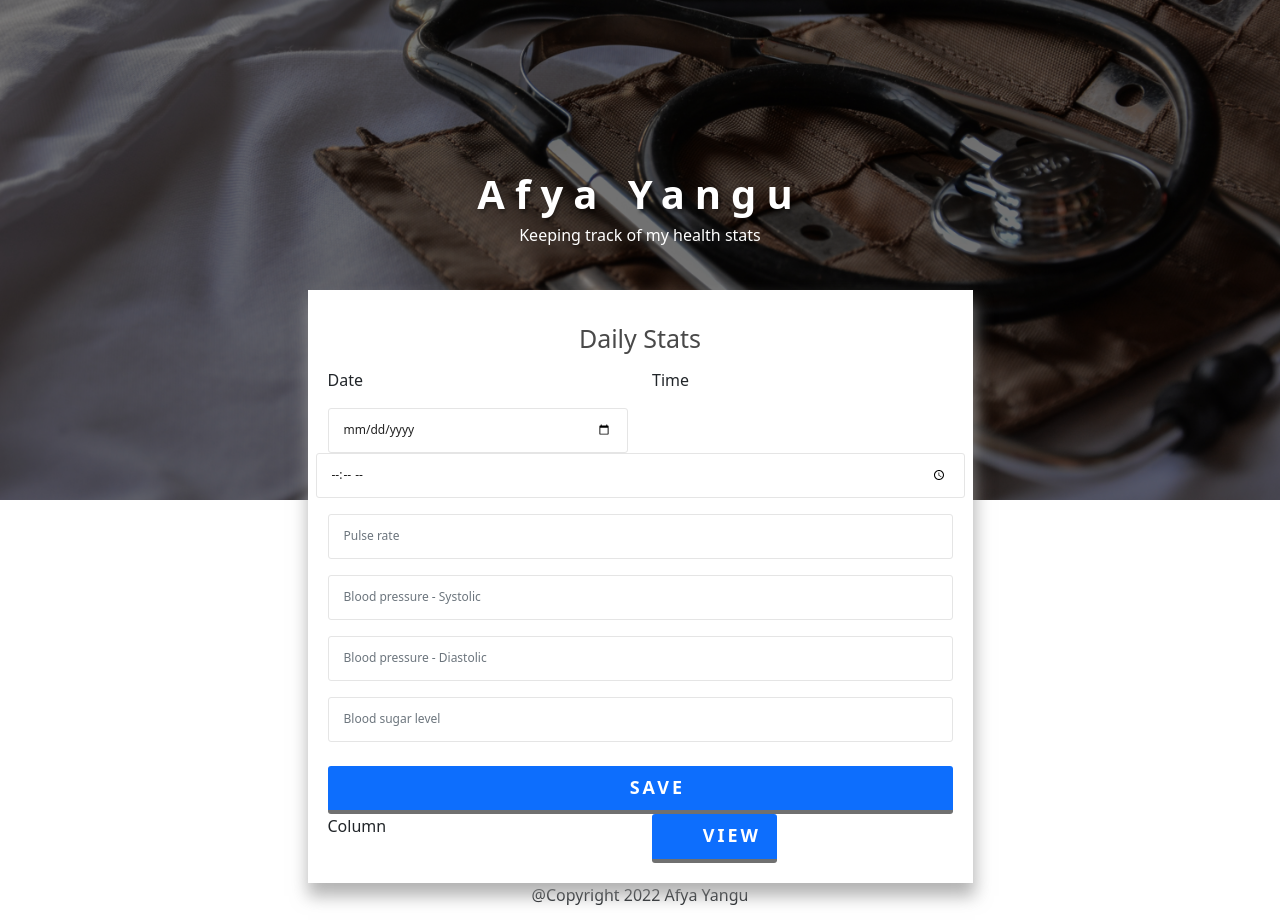
Repository: nashthecoder/afya_yangu
Page: /
An editor plug-in stored every save of this project. The page is shown before and after the next save, followed by the edit.
The browser window is 1280 px wide. The pictures show the whole page.
The project was rebuilt for these pictures with package versions that can differ from the ones it lists, and the page was loaded fresh each time.

Above is the page before, as saved 2022-02-27 15:58:37.

After the next save:
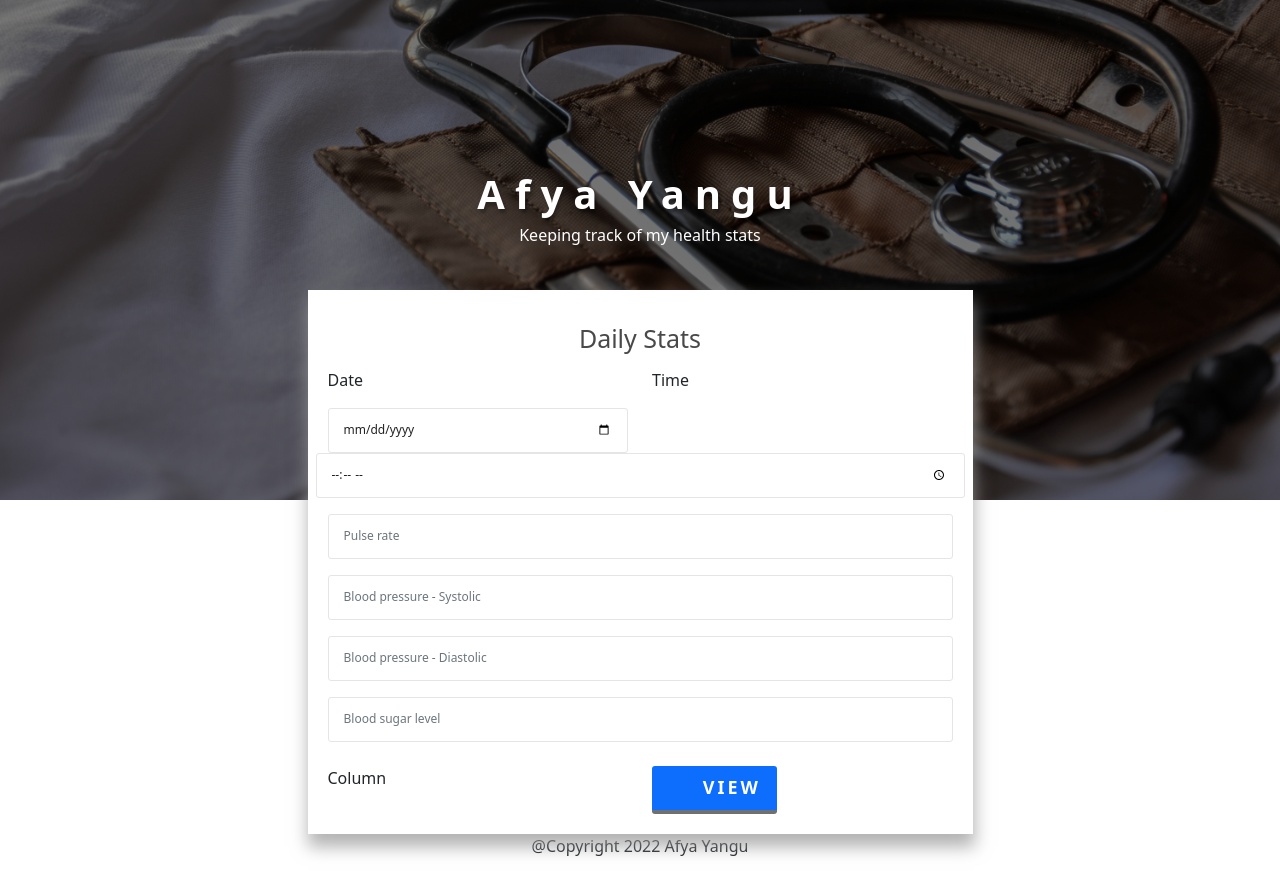
Saved 13 s later.
--- a/src/components/Form.js
+++ b/src/components/Form.js
@@ -72,18 +72,6 @@ const Form = () => {
                                     />
                                 </div>
                                 <div className="d-grid mt-4">
-                                <button class="btn btn-primary btn-lg" type="submit" value="Send Now">
-                                    <svg
-                                    xmlns="http://www.w3.org/2000/svg"
-                                    width="27"
-                                    height="27"
-                                    fill="currentColor"
-                                    class="bi bi-mailbox2"
-                                    viewBox="0 0 16 16"
-                                    >
-                                    </svg>{" "}
-                                    Save
-                                </button>
 
                                 <div class="container">
                                     <div class="row row-cols-2">
